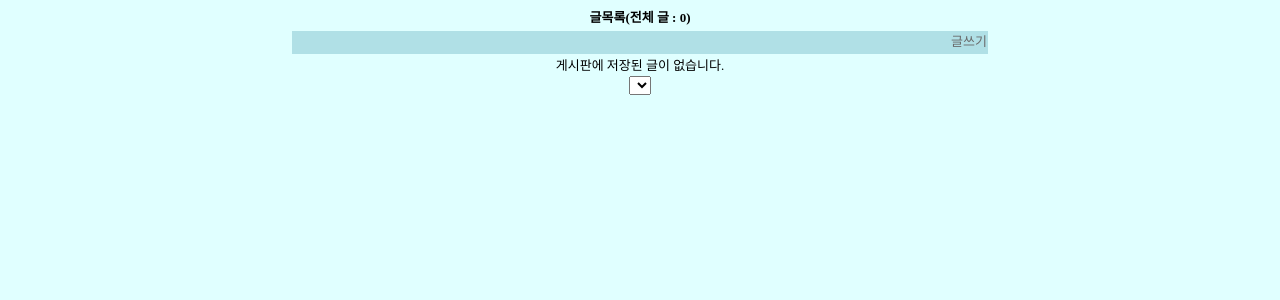
Repository: kr1124/jsp
Page: http://localhost/ServletProject/board/list.jsp
An editor plug-in stored every save of this project. The page is shown before and after the next save, followed by the edit.
The browser window is 1280 px wide. The pictures show the whole page.
The page is served by Tomcat 9. Other server files are loaded and not shown. Queries for data that is not in the repository find no rows.

Above is the page before, as saved 2024-12-12 03:06:34.

### ServletProject/src/main/webapp/board/list.jsp
<%@ page language="java" contentType="text/html; charset=UTF-8" pageEncoding="UTF-8"%>
<%@ page import="com.board.BoardDAO" %>
<%@ page import="com.board.BoardVO" %>
<%@ page import="java.util.*" %>
<%@ page import="java.text.SimpleDateFormat" %>
<%@ include file="view/color.jsp" %>
<% request.setCharacterEncoding("utf-8"); %>

<%!
	int pageSize = 5; //한 페이지 내에서 보여줄 레코드(게시글) 개수

	SimpleDateFormat sdf = new SimpleDateFormat("yyyy-MM-dd HH:mm");
%>
<%
	String pageNum = request.getParameter("pageNum");
	if(pageNum == null) {
		pageNum = "1";
	}
	int currentPage = Integer.parseInt(pageNum);

	int startRow = (currentPage - 1) * pageSize + 1;
	int endRow = currentPage * pageSize;

	int count = 0;
	int number = 0;
	List<BoardVO> articleList = null;
	BoardDAO dbPro = BoardDAO.getInstance();

	count = dbPro.getArticleCount();

	if(count > 0) {
		articleList = dbPro.getArticles(startRow, endRow);
	}
	number = count - (currentPage - 1) * pageSize;

%>

<!DOCTYPE html>
<html>
<head>
	<meta charset="UTF-8">
	<title></title>
	<link href="style.css" type="text/css" rel="stylesheet" >
</head>
<body bgcolor="<%=bodyback_c%>">
	<div align="center">
		<b>글목록(전체 글 : <%=count%>)</b>
		<table width="700">
			<tr>
				<td align="right" bgcolor="<%=value_c%>">
					<a href="writeForm.jsp">글쓰기</a>
				</td>
			</tr>
		</table>
	<%if(count == 0) { %>
		<table style="width: 700; border: 1;" cellpadding="0" cellspacing="0">
			<tr>
				<td align="center">
					게시판에 저장된 글이 없습니다.
				</td>
			</tr>
		</table>
	<%} else {%>
		<!-- <table style="width: 700; border: 1; align-items: center" cellpadding="0" cellspacing="0"> -->
		<table style="width: 700; align-items: center;" border="1"  cellpadding="0" cellspacing="0">
			<tr height="30" bgcolor="<%=value_c%>">
				<td align="center" width="50">번호</td>
				<td align="center" width="250">제목</td>
				<td align="center" width="100">작성자</td>
				<td align="center" width="150">작성일</td>
				<td align="center" width="50">조회수</td>
				<td align="center" width="100">IP</td>
			</tr>
			<%
			for(int i = 0; i < articleList.size(); i++) {
				BoardVO article = (BoardVO)articleList.get(i);
			%>
			<tr height="30">
				<td align="center" width="50"><%=number-- %></td>
				<td width="250">
				<%
				int wid = 0;
				if(article.getDepth() > 0) {
					wid = 5 * (article.getDepth());
				%>
					<img src="/img/level.gif" width="<%=wid%>" height="16">
					<img src="/img/re.gif" >
				<%} else { %>
					<img src="/img/level.gif" width="<%=wid%>" height="16">
				<%} %>
					<a href="content.jsp?num=<%=article.getNum()%>&pageNum=<%=currentPage%>">
						<%=article.getSubject() %>
					</a>
					<% if(article.getReadcount() >= 20) { %>
					<img src="img/hot.gif" border="0" height="16">
					<%} %>
				</td>
				<td align="center" width="100">
					<a href="mailto:<%=article.getEmail()%>">
						<%=article.getWriter() %>
					</a>
				</td>
				<td align="center" width="150">
					<%=sdf.format(article.getRegdate()) %>
				</td>
				<td align="center" width="50">
					<%=article.getReadcount() %>
				</td>
				<td align="center" width="100">
					<%=article.getIp() %>
				</td>
			</tr>

			<%}%>
		</table>
	<%} %>
	<%//페이지 블럭
	if(count > 0) {
		int pageBlock = 5; //밑에 나열할 페이지 숫자들의 개수 (6, 7, 8, 9, 10같은거)
		int imsi = count % pageSize == 0 ? 0 : 1;
		int pageCount = count / pageSize + imsi;

		//시작 페이지
		int startPage = (int)((currentPage - 1) / pageBlock) * pageBlock + 1;
		//마지막 페이지
		int endPage = startPage + pageBlock - 1;
		//마지막으로 보여줄 페이지
		if(endPage > pageCount) endPage = pageCount;
		//페이지 블럭을 이전과 다음으로 처리함
		if(startPage > pageBlock) {
		%>
			<a href="list.jsp?pageNum=<%=startPage - pageBlock%>">[이전]</a>
		<%}
		for(int i = startPage; i <= endPage; i++) {
		%>
			<a href="list.jsp?pageNum=<%=i%>">[<%=i%>]</a>
		<%
		}

		if(endPage < pageCount) {
		%>
			<a href="list.jsp?pageNum=<%=startPage + pageBlock%>">[다음]</a>

		<%} %>
	<%}	%>
		<!-- 검색창 -->
		<form action="list.jsp">
			<select name="searchWhat.jsp">

			</select>
		</form>
	</div>
</body>
</html>

### ServletProject/src/main/webapp/board/view/color.jsp
<%@ page language="java" contentType="text/html; charset=UTF-8" pageEncoding="UTF-8"%>
<%
String bodyback_c = "#e0ffff";
String back_c = "#8fbc8f";
String title_c = "#5f9ea0";
String value_c = "#b0e0e6";
String bar = "#778899";
%>

### ServletProject/src/main/java/com/board/BoardDAO.java
package com.board;

import java.sql.*;
import javax.sql.*;
import javax.naming.*;
import java.util.*;


public class BoardDAO {
	private static BoardDAO instance = null;
	private BoardDAO() {}

	public static BoardDAO getInstance() {
		if(instance == null) {
			synchronized(BoardDAO.class) {
				instance = new BoardDAO();
			}
		}

		return instance;
	}

	//데이터베이스에 데이터 추가
	public void insertArticle(BoardVO article) {
		Connection con = null;
		PreparedStatement pstmt = null;
		ResultSet rs = null;

		int num = article.getNum();
		int ref = article.getRef();
		int step = article.getStep();
		int depth = article.getDepth();

		int number = 0;
		String sql = "";

		try {
			con = ConnUtil.getConnection();
			pstmt =  con.prepareStatement("select max(num) from board");
			rs = pstmt.executeQuery();

			if(rs.next()) {
				number = rs.getInt(1);
			} else {
				number = 1;
			}

			if(number != 0) {//답글일 경우
				sql = "update board set step=step+1 where ref=? and step > ?";
				pstmt = con.prepareStatement(sql);
				pstmt.setInt(1, ref);
				pstmt.setInt(2, step);
				pstmt.executeUpdate();
				step++;
				depth++;

			} else {//새글일 경우
				ref = number;
				step = 0;
				depth = 0;
			}
			//데이터 추가하는 쿼리문
			sql = "insert into board(num, writer, email, subject, pass, ref, step, depth, regdate, content, ip) "
					+ "values(board_seq.nextval, ?, ?, ?, ?, ?, ?, ?, ?, ?, ?)";

			pstmt = con.prepareStatement(sql);

			pstmt.setString(1, article.getWriter());
			pstmt.setString(2, article.getEmail());
			pstmt.setString(3, article.getSubject());
			pstmt.setString(4, article.getPass());
			//pstmt.setInt(5, 0);
			pstmt.setInt(5, ref);
			pstmt.setInt(6, step);
			pstmt.setInt(7, depth);
			pstmt.setTimestamp(8, article.getRegdate());
			pstmt.setString(9, article.getContent());
			pstmt.setString(10, article.getIp());
			pstmt.executeUpdate();

		} catch (Exception e) {
			e.printStackTrace();
		} finally {
			if(rs != null) {try {rs.close();} catch(SQLException e) {}}
			if(pstmt != null) {try {pstmt.close();} catch(SQLException e) {}}
			if(con != null) {try {con.close();} catch(SQLException e) {}}
		}
	}

	// 글 목록 화면 작성
	// 전체 글의 갯수를 가져올 메소드 구현
	public int getArticleCount() {
		Connection con = null;
		PreparedStatement pstmt = null;
		ResultSet rs = null;
		int x = 0;

		try {
			con = ConnUtil.getConnection();
			String sql = "select count(*) from board";
			pstmt =  con.prepareStatement(sql);

			rs = pstmt.executeQuery();

			if(rs.next()) {
				x = rs.getInt(1);
			}

		} catch (Exception e) {
			e.printStackTrace();
		} finally {
			if(rs != null) {try {rs.close();} catch(SQLException e) {}}
			if(pstmt != null) {try {pstmt.close();} catch(SQLException e) {}}
			if(con != null) {try {con.close();} catch(SQLException e) {}}
		}

		return x;
	}

	public List<BoardVO> getArticles(int start, int end) {
		Connection con = null;
		PreparedStatement pstmt = null;
		ResultSet rs = null;

		List<BoardVO> articleList = null;

		try {
			con = ConnUtil.getConnection();

			//String sql = "select * from board order by num desc"; //기존 쿼리문
			String sql = "select * from ("
					+ "select rownum rnum, num, writer, email, subject, "
					+ "pass, readcount, ref, step, depth, regdate, content, ip from ("
					+ "select * from board order by ref desc, step asc)) "
					+ "where rnum >= ? and rnum <= ?";
			pstmt = con.prepareStatement(sql);
			pstmt.setInt(1, start);
			pstmt.setInt(2, end);
			rs = pstmt.executeQuery();

			if(rs.next()) {
				articleList = new ArrayList<BoardVO>(end - start + 1);
				do {
					BoardVO article = new BoardVO();
					article.setNum(rs.getInt("num"));
					article.setWriter(rs.getString("writer"));
					article.setEmail(rs.getString("email"));
					article.setSubject(rs.getString("subject"));
					article.setPass(rs.getString("pass"));
					article.setRegdate(rs.getTimestamp("regdate"));
					article.setReadcount(rs.getInt("readcount"));
					article.setRef(rs.getInt("ref"));
					article.setStep(rs.getInt("step"));
					article.setDepth(rs.getInt("depth"));
					article.setContent(rs.getString("content"));
					article.setIp(rs.getString("ip"));

					articleList.add(article);
				} while(rs.next());
			}
		} catch (Exception e) {
			e.printStackTrace();
		} finally {
			if(rs != null) {try {rs.close();} catch(SQLException e) {}}
			if(pstmt != null) {try {pstmt.close();} catch(SQLException e) {}}
			if(con != null) {try {con.close();} catch(SQLException e) {}}
		}

		return articleList;
	}

	//글 제목을 클릭하면 글 내용을 볼 수 있는 작업을 한다.
	//글 번호를 매개변수로 해서 하나의 글에 대한 상세 정보를 데이터베이스에서 가져온다.
	public BoardVO getArticle(int num) {
		Connection con = null;
		PreparedStatement pstmt = null;
		ResultSet rs = null;
		BoardVO article = null;

		try {
			con = ConnUtil.getConnection();
			String sql1 = "update board set readcount=readcount+1 where num=?";
			pstmt = con.prepareStatement(sql1);
			pstmt.setInt(1, num);
			pstmt.executeUpdate();

			String sql2 = "select * from board where num=?";
			pstmt = con.prepareStatement(sql2);
			pstmt.setInt(1, num);
			rs = pstmt.executeQuery();
			if(rs.next()) {
				article = new BoardVO();
				article.setNum(rs.getInt("num"));
				article.setWriter(rs.getString("writer"));
				article.setEmail(rs.getString("email"));
				article.setSubject(rs.getString("subject"));
				article.setPass(rs.getString("pass"));
				article.setRegdate(rs.getTimestamp("regdate"));
				article.setReadcount(rs.getInt("readcount"));
				article.setRef(rs.getInt("ref"));
				article.setStep(rs.getInt("step"));
				article.setDepth(rs.getInt("depth"));
				article.setContent(rs.getString("content"));
				article.setIp(rs.getString("ip"));
			}
		} catch(SQLException se) {
			se.printStackTrace();
		} finally {
			if(rs!=null){try {rs.close();} catch(Exception e) {e.printStackTrace();}}
			if(pstmt!=null){try {pstmt.close();} catch(Exception e) {e.printStackTrace();}}
			if(con!=null){try {con.close();} catch(Exception e) {e.printStackTrace();}}
		}

		return article;
	}


	//글 수정 / 글 목록 보기와는 다르게 조회수를 증가 시킬 필요가 없음
	//따라서 num에 해당하는 글을 가져옴
	public BoardVO updateGetArticle(int num) {
		Connection con = null;
		PreparedStatement pstmt = null;
		ResultSet rs = null;
		BoardVO article = null;

		try {
			con = ConnUtil.getConnection();
			String sql = "select * from board where num=?";
			pstmt = con.prepareStatement(sql);
			pstmt.setInt(1, num);
			rs = pstmt.executeQuery();

			if(rs.next()) {
				article = new BoardVO();
				article.setNum(rs.getInt("num"));
				article.setWriter(rs.getString("writer"));
				article.setEmail(rs.getString("email"));
				article.setSubject(rs.getString("subject"));
				article.setPass(rs.getString("pass"));
				article.setRegdate(rs.getTimestamp("regdate"));
				article.setReadcount(rs.getInt("readcount"));
				article.setRef(rs.getInt("ref"));
				article.setStep(rs.getInt("step"));
				article.setDepth(rs.getInt("depth"));
				article.setContent(rs.getString("content"));
				article.setIp(rs.getString("ip"));
			}

		} catch (Exception e) {
			e.printStackTrace();
		} finally {
			if(rs != null) {try {rs.close();} catch(SQLException e) {}}
			if(pstmt != null) {try {pstmt.close();} catch(SQLException e) {}}
			if(con != null) {try {con.close();} catch(SQLException e) {}}
		}

		return article;
	}//end of updateGetArticle

	//글 수정 버튼을 클릭하면 실제 데이터베이스의 글이 수정되어야함.
	public int updateArticle(BoardVO article) {
		Connection con = null;
		PreparedStatement pstmt = null;
		ResultSet rs = null;
		int result = -1;

		try {
			con = ConnUtil.getConnection();
			String sql = "select pass from board where num=?";
			pstmt = con.prepareStatement(sql);
			pstmt.setInt(1, article.getNum());

			rs = pstmt.executeQuery();

			if(rs.next()) {
				String dbpasswd = rs.getString("pass");
				if(dbpasswd.equals(article.getPass())) {
					String sql2 = "update board set writer=?, email=?, subject=?, content=? where num=?";
					pstmt = con.prepareStatement(sql2);
					pstmt.setString(1, article.getWriter());
					pstmt.setString(2, article.getEmail());
					pstmt.setString(3, article.getSubject());
					pstmt.setString(4, article.getContent());
					pstmt.setInt(5, article.getNum());

					pstmt.executeUpdate();

					result = 1;
				} else {
					result = 0; //비밀번호 오류, 수정 실패
				}
			}

		} catch (Exception e) {
			e.printStackTrace();
		} finally {
			if(rs != null) {try {rs.close();} catch(SQLException e) {}}
			if(pstmt != null) {try {pstmt.close();} catch(SQLException e) {}}
			if(con != null) {try {con.close();} catch(SQLException e) {}}
		}

		return result;
	}

	//글 삭제 버튼을 클릭하면 삭제처리가 되어야한다.
	//비밀번호를 입력 받아 기존 비밀번호와 동일하면 삭제
	public int deleteArticle(int num, String pass) {
		Connection con = null;
		PreparedStatement pstmt = null;
		ResultSet rs = null;
		int result = -1; //번호에 해당하는 글이 존재하지 않는 경우, -1을 반환

		try {
			con = ConnUtil.getConnection();
			String sql1 = "select pass from board where num=?";

			pstmt = con.prepareStatement(sql1);
			pstmt.setInt(1, num);
			rs = pstmt.executeQuery();

			if(rs.next()) {
				String dbpasswd = rs.getString("pass");
				if(dbpasswd.equals(pass)) {
					String sql2 = "delete from board where num=?";

					pstmt = con.prepareStatement(sql2);
					pstmt.setInt(1, num);
					pstmt.executeUpdate();

					result = 1;
				} else {
					result = 0; //비밀번호 오류, 삭제 실패
				}
			}

		} catch (Exception e) {
			e.printStackTrace();
		} finally {
			if(rs != null) {try {rs.close();} catch(SQLException e) {}}
			if(pstmt != null) {try {pstmt.close();} catch(SQLException e) {}}
			if(con != null) {try {con.close();} catch(SQLException e) {}}
		}

		return result;
	}//deleteArticle

	//검색한 내용이 몇개인지를 반환함(what:검색조건, content: 검색내용)
	public int getArticleCount(String what, String content) {
		Connection con = null;
		PreparedStatement pstmt = null;
		ResultSet rs = null;
		int x = 0;

		try {
			con = ConnUtil.getConnection();
			//String sql = "select count(*) from board";
			String sql = "select count(*) from board where " + what + " like '%" + content + "%'";
			pstmt =  con.prepareStatement(sql);

			rs = pstmt.executeQuery();

			if(rs.next()) {
				x = rs.getInt(1);
			}

		} catch (Exception e) {
			e.printStackTrace();
		} finally {
			if(rs != null) {try {rs.close();} catch(SQLException e) {}}
			if(pstmt != null) {try {pstmt.close();} catch(SQLException e) {}}
			if(con != null) {try {con.close();} catch(SQLException e) {}}
		}

		return x;
	}//getArticleCount(String what, String content)

	//검색할 내용을 리스트로 받아옴
	public List<BoardVO> getArticles(String what, String content, int start, int end) {
		Connection con = null;
		PreparedStatement pstmt = null;
		ResultSet rs = null;

		List<BoardVO> articleList = null;

		try {
			con = ConnUtil.getConnection();

			//String sql = "select * from board order by num desc"; //기존 쿼리문
			String sql = "select * from ("
					+ "select rownum rnum, num, writer, email, subject, "
					+ "pass, readcount, ref, step, depth, regdate, content, ip from ("
					+ "select * from board where "
					+ what + " like '%" + content + "%' order by ref desc, step asc)) "
					+ "where rnum >= ? and rnum <= ?";


			pstmt = con.prepareStatement(sql);
			pstmt.setInt(1, start);
			pstmt.setInt(2, end);
			rs = pstmt.executeQuery();

			if(rs.next()) {
				articleList = new ArrayList<BoardVO>(end - start + 1);
				do {
					BoardVO article = new BoardVO();
					article.setNum(rs.getInt("num"));
					article.setWriter(rs.getString("writer"));
					article.setEmail(rs.getString("email"));
					article.setSubject(rs.getString("subject"));
					article.setPass(rs.getString("pass"));
					article.setRegdate(rs.getTimestamp("regdate"));
					article.setReadcount(rs.getInt("readcount"));
					article.setRef(rs.getInt("ref"));
					article.setStep(rs.getInt("step"));
					article.setDepth(rs.getInt("depth"));
					article.setContent(rs.getString("content"));
					article.setIp(rs.getString("ip"));

					articleList.add(article);
				} while(rs.next());
			}
		} catch (Exception e) {
			e.printStackTrace();
		} finally {
			if(rs != null) {try {rs.close();} catch(SQLException e) {}}
			if(pstmt != null) {try {pstmt.close();} catch(SQLException e) {}}
			if(con != null) {try {con.close();} catch(SQLException e) {}}
		}

		return articleList;
	}

}

### ServletProject/src/main/java/com/board/ConnUtil.java
package com.board;

import java.sql.*;
import javax.sql.*;
import javax.naming.*;

public class ConnUtil {
	private static DataSource ds;

	static {
		try {
			Context initContext = new InitialContext();
			Context envContext  = (Context)initContext.lookup("java:/comp/env");
			ds = (DataSource)envContext.lookup("jdbc/myOracle");
		} catch(NamingException ne) {
			ne.printStackTrace();
		}
	}

	public static Connection getConnection() throws SQLException {
		return ds.getConnection();
	}
}

### ServletProject/src/main/webapp/board/style.css
@charset "UTF-8";
body, table, tr, td, select, div, form {
	font-size : 13px;
	color: black;
	line-height: 160%;
	font-family: serif;
}

textarea, input {
	border-right: 1px solid #999999;
	border-top: 1px solid #999999;
	border-left: 1px solid #999999;
	border-bottom: 1px solid #999999;
	font-size: 9pt;
	color: black;
	background-color: white;
	font-family: serif;
}

a:link {
	text-decoration: none;
	color: #696969;
}
a:hover {
	text-decoration: yes;
	color: #66ccff;
}
a:visited {
	text-decoration: none;
	color: #330066;
}

After the next save:
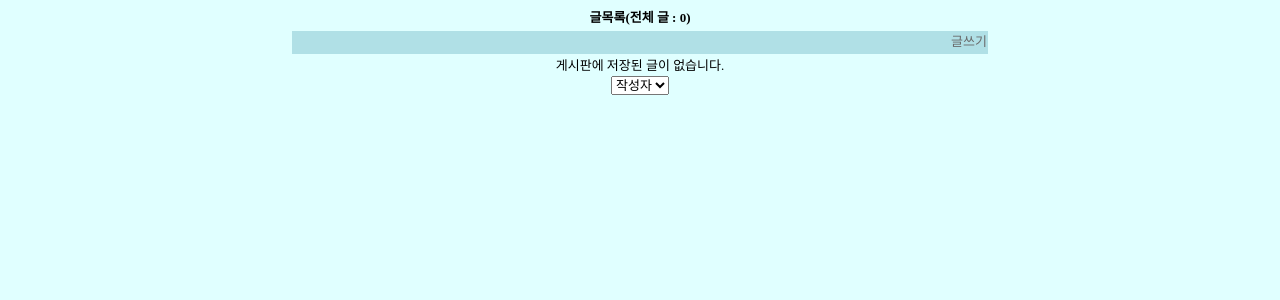
Saved 62 s later.
--- a/ServletProject/src/main/webapp/board/list.jsp
+++ b/ServletProject/src/main/webapp/board/list.jsp
@@ -145,8 +145,10 @@
 	<%}	%>
 		<!-- 검색창 -->
 		<form action="list.jsp">
-			<select name="searchWhat.jsp">
-
+			<select name="searchWhat">
+				<option value="writer">작성자</option>
+				<option value="subject">제목</option>
+				<option value="content">내용</option>
 			</select>
 		</form>
 	</div>
